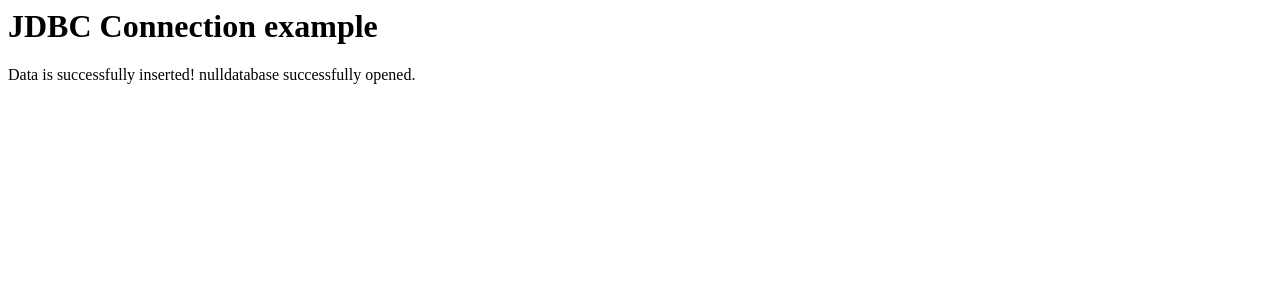
Repository: emmaclkasper/CS4300
Page: http://localhost/test/database.jsp
These files come from the project's save history. The page is drawn as it stood at one moment and after the next save; the edit follows.
The browser window is 1280 px wide. The pictures show the whole page.
The page is served by Tomcat 9.

Above is the page before, as saved 2020-04-28 14:58:08.

After the next save:
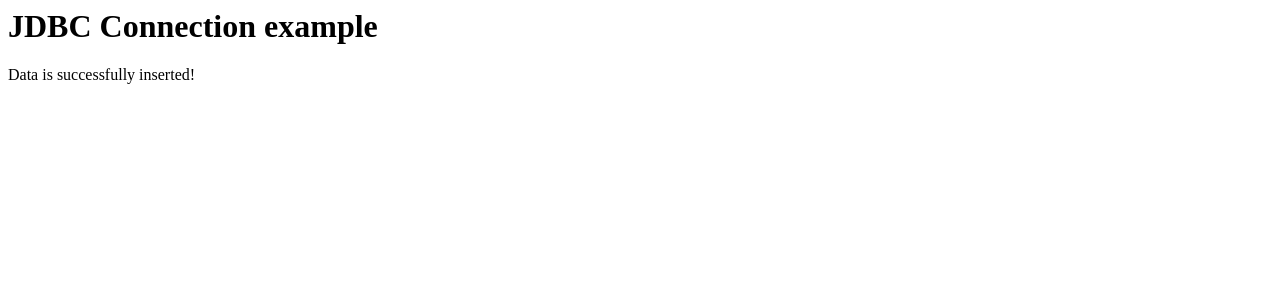
Saved 109 s later.
--- a/test/WebContent/database.jsp
+++ b/test/WebContent/database.jsp
@@ -26,10 +26,10 @@ pageEncoding="ISO-8859-1"%>
 
     Statement st=conn.createStatement();
 
-    int i=st.executeUpdate("insert into test.accessories(first_name,last_name,city_name,email)values('"+name+"','"+price+"')");
+    int i=st.executeUpdate("insert into test.accessories(name,price)values('"+name+"','"+price+"')");
     out.println("Data is successfully inserted!");
 
-    out.println (db+ "database successfully opened.");
+
   }
   catch(SQLException e) {
     out.println("SQLException caught: " +e.getMessage());
